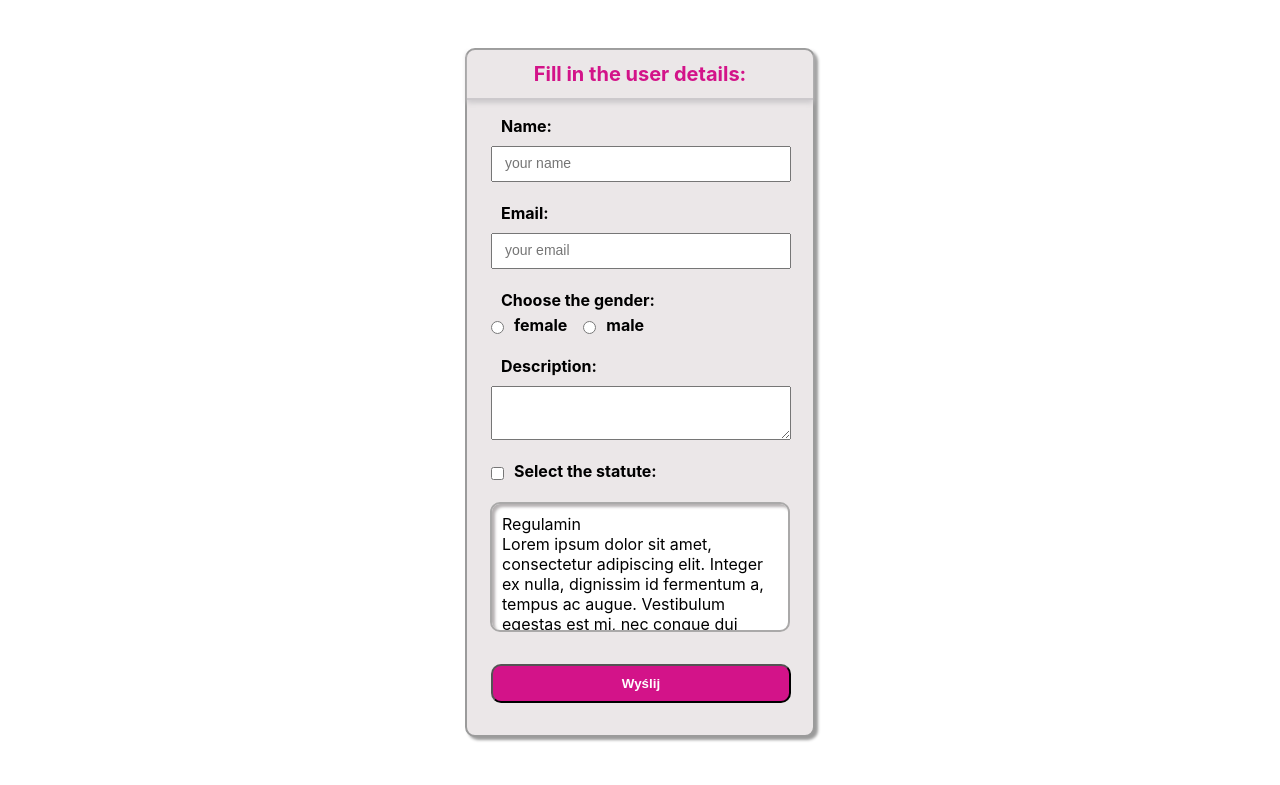
Repository: KrzysKolo/sr_tydzien4_zad3
Page: /
The author's editor kept a copy of each file at every save. The page is drawn from the files as they stood at one save, then again after the next save.
The browser window is 1280 px wide. The pictures show the whole page.
The project was rebuilt for these pictures with package versions that can differ from the ones it lists, and the page was loaded fresh each time. Also part of the build but not shown: src/components/FormComponents/TextError.js, src/components/FormComponents/FormMessage.js.

Above is the page before, as saved 2020-11-20 11:52:06.

### src/App.js
import React from 'react';
import './App.css';
import FormikContainer from './components/Formik/FormikContainer';
import Header from './components/Header';
const App = () => {
  return (
    <main className="App">
      <Header />
      <FormikContainer />
    </main>
   );
}

export default App;

### src/App.css
* {
  margin: 0;
  padding: 0;
  box-sizing: border-box;
}
.App {
  margin: 3rem auto;
  width: 350px;
  background-color: rgb(235, 231, 232);
  border: 2px solid rgb(155, 155, 155);
  border-radius: 10px;
  box-shadow: 3px 3px 3px rgb(155, 155, 155);
}
.section {
  display: flex;
  flex-direction: column;
  margin: 1rem 1.5rem;
  justify-content: center;
}
label {
  font-weight: bold;
  display: flex;
  margin-bottom: 5px;
  margin-left: 10px;
}
input[type="text"],
input[type="email"],
textarea {
  display: block;
  width: 300px;
  padding: 6px 12px;
  font-size: 14px;
  line-height: 1.4285;
  color: #555;
  margin: 5px 0;
}
.error {
  color: red;
}
.row {
  display: flex;
  flex-direction: row;
  align-items: center;
  margin-right: 1rem;
}
.statute {
  border: 2px solid rgb(170, 169, 169);
  border-radius: 10px;
  box-shadow: inset 3px 3px 3px rgb(181, 177, 178);
  background: #ffffff;
  height: 130px;
  width: 300px;
  padding: 10px;
  overflow: auto;
  margin: 0 auto;
}
.btn-send {
  background-color: rgba(211, 19, 137, 1);
  border-radius: 10px;
  color: white;
  cursor: pointer;
  font-weight: bold;
  margin: 1rem auto;
  padding: 10px;
  width: 300px;
  transition: all 0.3s ease-in-out;
}
.btn-send:hover {
  background-color: rgba(211, 19, 137, 0.5);
}
.header,
.footer {
  color: rgba(211, 19, 137, 1);
  margin: 0 auto;
  text-align: center;
  font-weight: bold;
  border-bottom: 2px solid rgb(204, 201, 204);
  padding: 0.75rem;
}
.header {
  box-shadow: 0 3px 5px rgb(204, 201, 204);
}
.footer {
  box-shadow: inset 0 3px 5px rgb(204, 201, 204);
}
.header h2 {
  font-size: 1.25rem;
}
.has-error {
  border: 1px solid rgb(245, 0, 87);
}

### src/components/Formik/FormikContainer.js
import React, { useState } from 'react';
import { Formik, Form } from 'formik';
import * as yup from 'yup';
import FormikControl from './FormikControl';
import FormMessage from './../FormComponents/FormMessage';
import RadioOptions from './../../data/RadioOptions';

const FormikContainer = () => {
    const [ showMessage, setShowMessage ] = useState(false);
    const initialValues = {
        name: '',
        email: '',
        sex: '',
        description: '',
        statute: false,
    }

    const validationSchema = yup.object({
        name: yup.string().required("Imię jest obowiązkowe!").min(2,"Twóje imię musi mieć więcej niż 2 znaki!").max(30,'Twoje imię może mieć maxymalnie 30 znaków!'),
        email: yup.string().required("Email jest wymagany!").email("Adres zawiera błędy"),
        sex: yup.string().required('Zaznacz jedną wartość!'),
        description: yup.string().required('Wpisz kilka słów!').min(2, "Wpisz co najmniej 2 znaki").max(100, "Możesz wpisać max. 250 znaków"),
        statute: yup.boolean().required().oneOf([true], 'Musisz zaznaczyć regulamin!'),
    });

    const onSubmit = (values, {resetForm}) => {
        setShowMessage(true);
        setTimeout(() => setShowMessage(false), 5000);
        console.log("The submitted data are:  ", values);
        resetForm();

      };
    return (
        <Formik
            initialValues={initialValues}
            validationSchema={validationSchema}
            onSubmit={onSubmit}
        >
            { () => (
                <Form className="form-wrapper">

                    <FormikControl control='input' type='text' label='Name:' name='name' placeholder="your name"/>
                    <FormikControl control='input' type='email' label='Email:' name='email' placeholder="your email"/>
                    <FormikControl control='radio' label='Choose the gender: ' name='sex' options={RadioOptions}/>
                    <FormikControl control='textarea' label='Description:' name='description'/>
                    <FormikControl control='checkbox' label='Select the statute:' name='statute'/>
                        <div className="statute ">
                            Regulamin<br/>
                            <p>Lorem ipsum dolor sit amet, consectetur adipiscing elit. Integer ex nulla, dignissim id fermentum a, tempus ac augue. Vestibulum egestas est mi, nec congue dui mollis vitae. Nam dictum lectus non mauris hendrerit efficitur. Donec imperdiet nec nibh et interdum. Fusce ornare consequat sapien. Pellentesque rhoncus tempor vulputate. Aliquam eu diam laoreet, tincidunt nulla ut, dignissim turpis. Aliquam est ante, luctus sed felis et, iaculis sollicitudin tellus. Cras congue tincidunt viverra. Sed vestibulum faucibus lacus, eu dictum lorem porta id. Praesent a placerat ligula. Vestibulum faucibus ornare erat, id elementum est vehicula eu. Nunc pulvinar dolor lacus. Vestibulum dapibus efficitur orci, ac rhoncus augue auctor ut.</p>
                        </div>
                    <section className="section">
                         <button className="btn-send" type="submit">Wyślij</button>
                    </section>
                   { showMessage && <FormMessage message="Thank you for filling up the form!"/>}
                </Form>

            )

            }

        </Formik>
    )
}
export default FormikContainer;

### src/components/Header.js
import React from 'react';
const Header = () => {
    return (
        <section className="header">
            <h2>Fill in the user details: </h2>
        </section>
     );
}

export default Header;

### src/components/Formik/FormikControl.js
import { Input, Radio, Checkbox, TextArea } from './../FormComponents/';


const FormikControl = (props) => {
    const { control, ...rest } = props;
    switch(control) {
        case 'input': return <Input {...rest} />
        case 'radio': return <Radio {...rest} />
        case 'textarea': return <TextArea {...rest} />
        case 'checkbox': return <Checkbox {...rest} />
        default: return null
    }
}

export default FormikControl;

### src/data/RadioOptions.js
const RadioOptions=[
    { id: 0, value: "female ", label: 'female ' },
    { id: 1, value: "male", label: 'male' },
   ];
export default RadioOptions;

### src/components/FormComponents/index.js
export { default as Input } from "./Input";
export { default as Radio } from "./Radio";
export { default as Checkbox } from "./Checkbox";
export { default as TextArea } from "./TextArea";

### src/components/FormComponents/Input.js
import React from 'react';
import{ Field, ErrorMessage } from 'formik';
import TextError from './TextError';

const Input = (props) => {
    const { label, name, ...rest } = props;
    return (

        <section className="form-control section">
             <label htmlFor={name}>{label}</label>
            <Field  id={name} name={name} {...rest} />
            <ErrorMessage name={name} component={TextError} />
        </section>
     );
}

export default Input;

### src/components/FormComponents/Radio.js
import React from 'react';
import{ Field, ErrorMessage } from 'formik';
import TextError from './TextError';

const Radio = (props) => {
    const { label, name, options, ...rest } = props;
    return (
        <div className="form-control section">
            <label htmlFor={name}>{label}</label>
            <div className="row">
                <Field name={name} {...rest}>
                    {
                    ({ field }) => {
                        return options.map(option => {
                            return (
                                <div className="row" key={option.id} >
                                    <input type='radio' id={option.id} {...field} value={option.value} checked={field.value === option.value}/>
                                    <label htmlFor={option.id}>{option.label}</label>
                                </div>
                            )
                        })
                    }
                    }
                </Field>
            </div>
            <ErrorMessage name={name} component={TextError} />
        </div>
     );
}

export default Radio;

### src/components/FormComponents/Checkbox.js
import React from 'react';
import{ Field, ErrorMessage } from 'formik';
import TextError from './TextError';

const Checkbox = (props) => {
    const { label, name, ...rest } = props;
    return (
        <div className="form-control section">
            <div className="row">
                <Field type='checkbox' id={name} name="statute" {...rest}/>
                <label htmlFor={name}>{label}</label>
            </div>
            <ErrorMessage name={name} component={TextError} />
        </div>
     );
}

export default Checkbox;

### src/components/FormComponents/TextArea.js
import React from 'react';
import{ Field, ErrorMessage } from 'formik';
import TextError from './TextError';

const TextArea = (props) => {
    const { label, name, ...rest } = props;
    return (
        <div className="form-control section">
            <label htmlFor={name}>{label}</label>
            <Field as ='textarea' id={name} name={name} {...rest} />
            <ErrorMessage name={name} component={TextError} />
        </div>
     );
}

export default TextArea;

Loaded but not shown: public/index.html (common file); src/index.js (common file); src/index.css (common file)

After the next save:
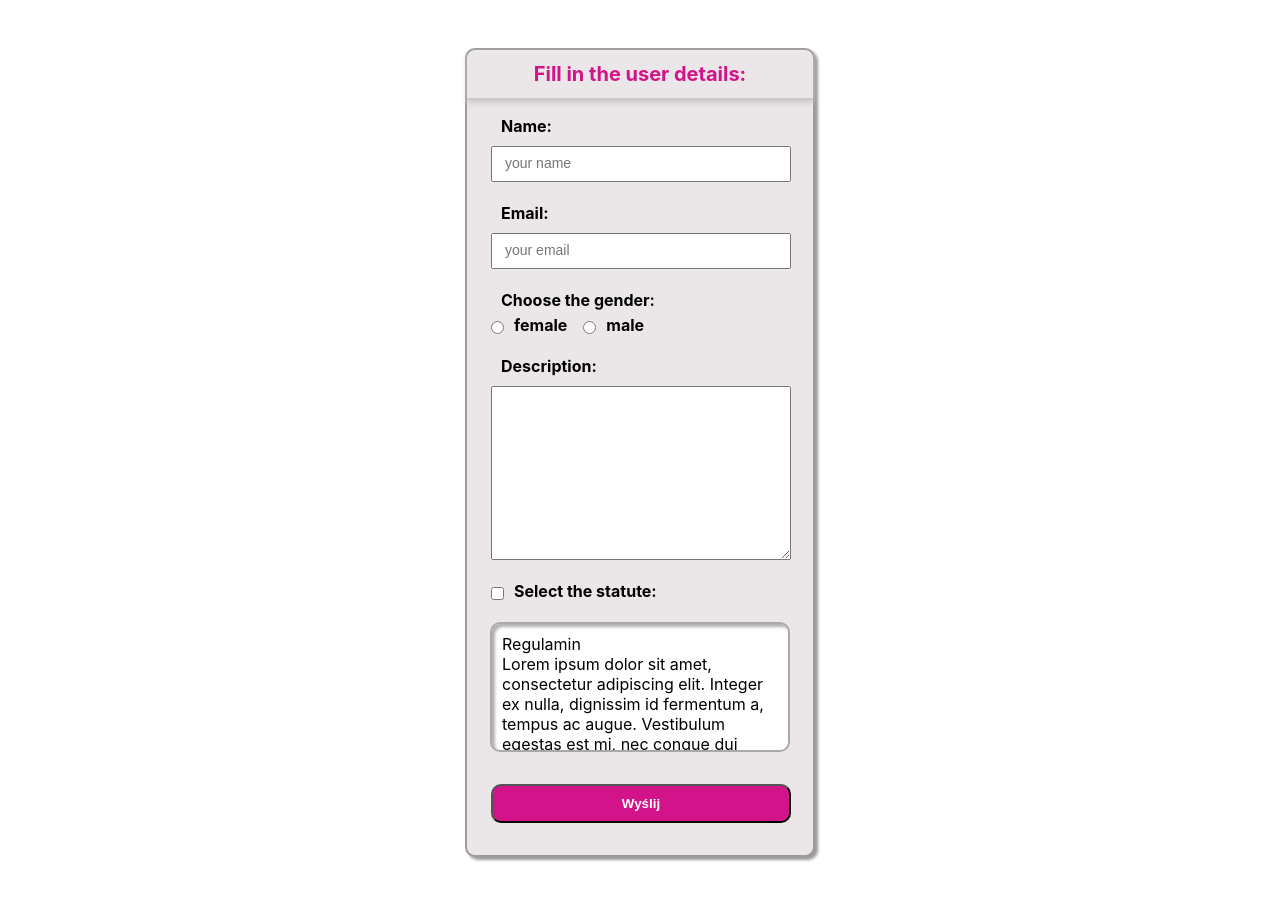
Saved 22 s later.
--- a/src/components/Formik/FormikContainer.js
+++ b/src/components/Formik/FormikContainer.js
@@ -42,7 +42,7 @@ const FormikContainer = () => {
                     <FormikControl control='input' type='text' label='Name:' name='name' placeholder="your name"/>
                     <FormikControl control='input' type='email' label='Email:' name='email' placeholder="your email"/>
                     <FormikControl control='radio' label='Choose the gender: ' name='sex' options={RadioOptions}/>
-                    <FormikControl control='textarea' label='Description:' name='description'/>
+                    <FormikControl control='textarea' rows="8" label='Description:' name='description'/>
                     <FormikControl control='checkbox' label='Select the statute:' name='statute'/>
                         <div className="statute ">
                             Regulamin<br/>
